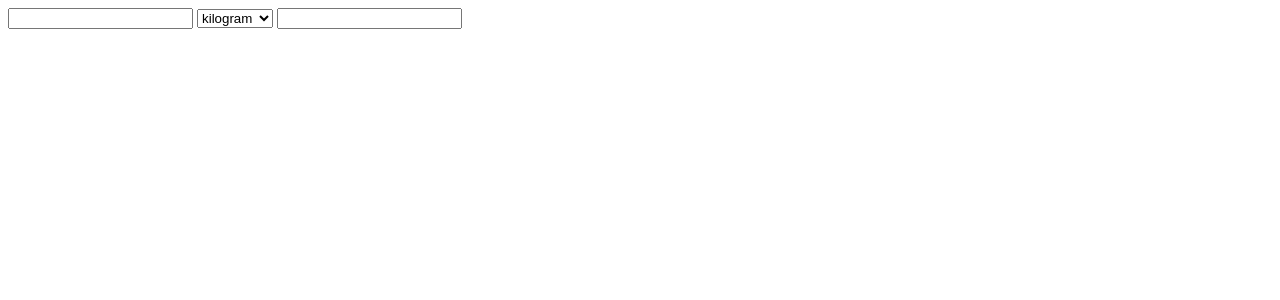
Repository: Eugene44-hub/weight-converter
Page: index.html
The author's editor kept a copy of each file at every save. The page is drawn from the files as they stood at one save, then again after the next save.
The browser window is 1280 px wide. The pictures show the whole page.

Above is the page before, as saved 2021-09-19 08:32:33.

### index.html
<!DOCTYPE html>
<html lang="en">

<head>
    <meta charset="UTF-8">
    <meta http-equiv="X-UA-Compatible" content="IE=edge">
    <meta name="viewport" content="width=device-width, initial-scale=1.0">
    <link rel="stylesheet" href="style.css">
    <title>Document</title>
</head>

<body>
    <input type="text" id="typed">
    <select name="" id="weight">
      <option value="kg">kilogram</option>
      <option value="ou">ounce</option>
      <option value="mg">milligram</option>
    </select>
    <input type="text" id="output">
    <script src="app.js"></script>
</body>

</html>

### app.js
const typed = document.querySelector('#typed');
let output = document.querySelector('#output');

typed.addEventListener('input',
    e => {
        console.log(typed.value);
        output.value = typed.value
    })

const select = document.querySelector('select');
(function() {
    select.addEventListener('change', e => {
        console.log(e.target.value)
    })
}())

Loaded but not shown: style.css (no copy from this time; the picture is the same without it)

After the next save:
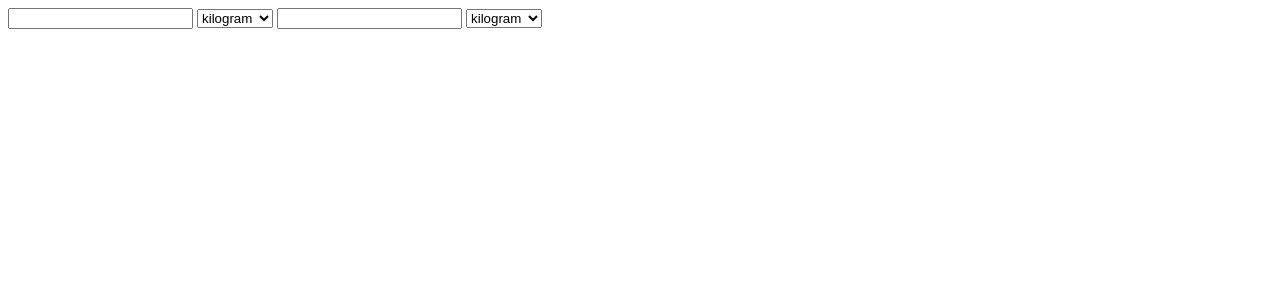
Saved 55 s later.
--- a/index.html
+++ b/index.html
@@ -17,6 +17,11 @@
       <option value="mg">milligram</option>
     </select>
     <input type="text" id="output">
+    <select name="" id="weight">
+      <option value="kg">kilogram</option>
+      <option value="ou">ounce</option>
+      <option value="mg">milligram</option>
+    </select>
     <script src="app.js"></script>
 </body>
 
